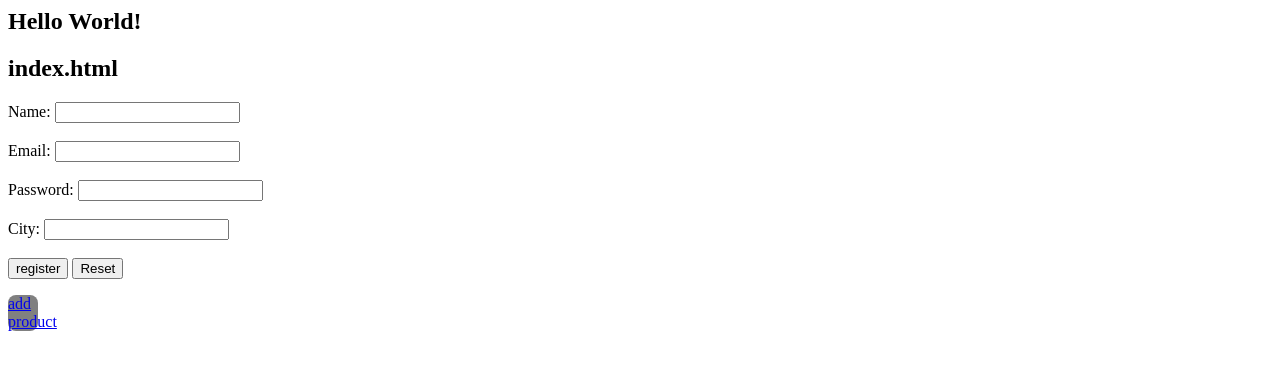
Repository: patramanik/java_ORM_Hibernate
Page: http://localhost/HD19/
The author's editor kept a copy of each file at every save. The page is drawn from the files as they stood at one save, then again after the next save.
The browser window is 1280 px wide. The pictures show the whole page.
The page is served by Tomcat 9. Nobody is signed in. The application's start-up code is not run. Other server files are loaded and not shown.

Above is the page before, as saved 2025-04-09 18:36:23.

### HD19/src/main/webapp/index.jsp
<html>
<body>
	<h2>Hello World!</h2>
	<h2>index.html</h2>

	<form action="register.jsp">
	Name: <input type="text" name="name"> <br><br>
	Email: <input type="text" name="email"> <br><br>
	Password: <input type="text" name="password"> <br><br>
	City: <input type="text" name="city"> <br><br>
	<input type="submit" value="register">
	<input type="reset">
	</form>

	<div style="height: 20 px; width: 30px; border-radius: 8px;background-color: gray;">
	<a href="addproduct.jsp">add product</a>
	</div>



</body>
</html>

After the next save:
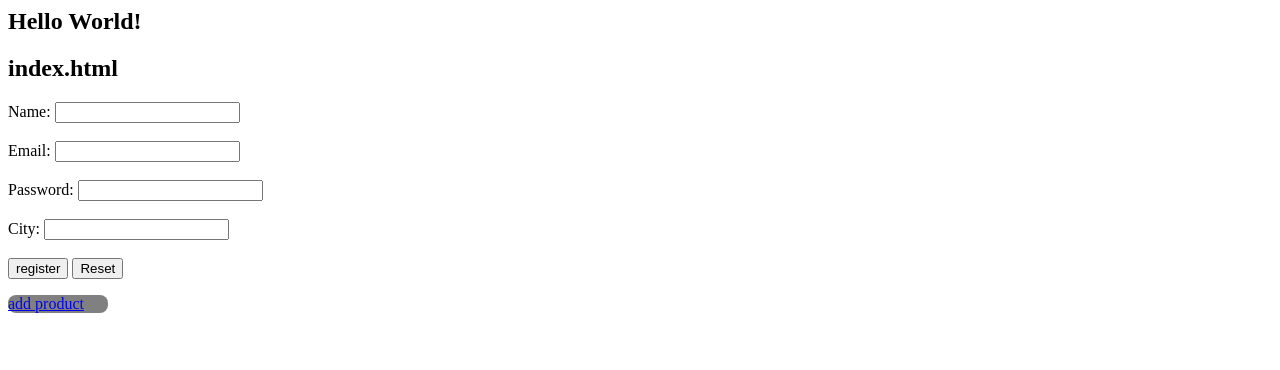
Saved 96 s later.
--- a/HD19/src/main/webapp/index.jsp
+++ b/HD19/src/main/webapp/index.jsp
@@ -12,7 +12,7 @@
 	<input type="reset">
 	</form>
 
-	<div style="height: 20 px; width: 30px; border-radius: 8px;background-color: gray;">
+	<div style="height: 20 px; width: 100px; border-radius: 8px;background-color: gray;">
 	<a href="addproduct.jsp">add product</a>
 	</div>
 
